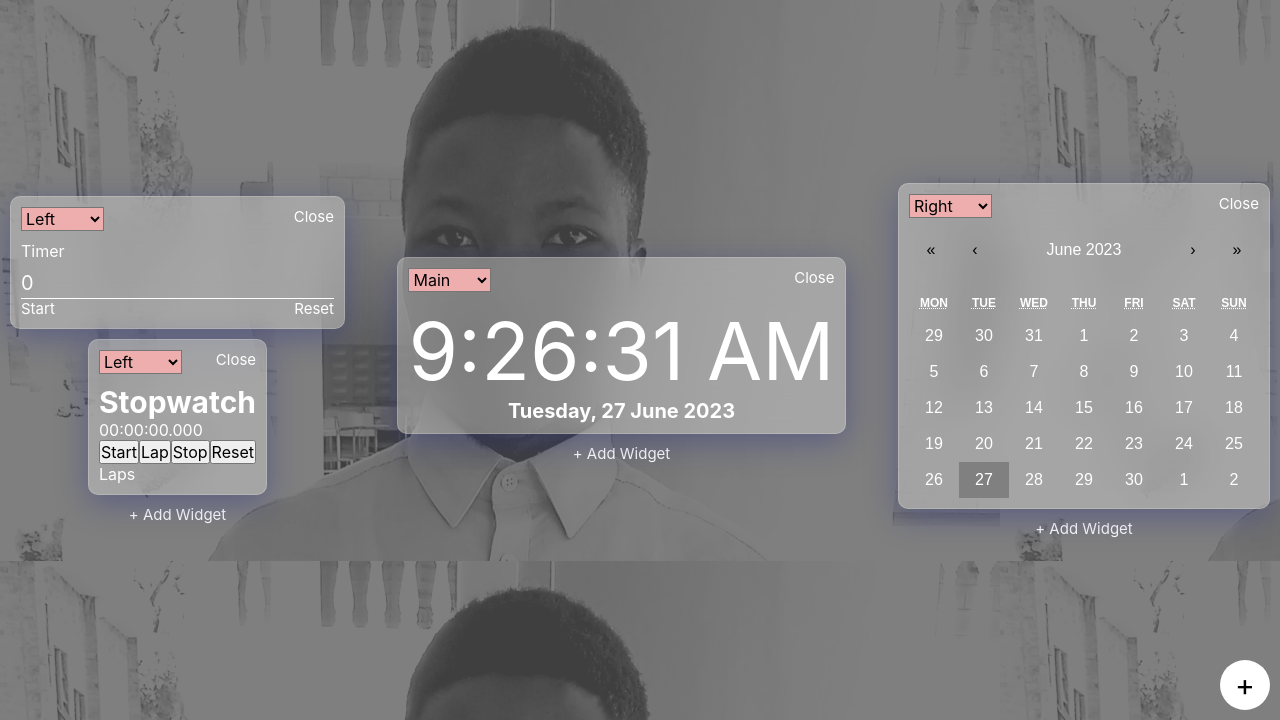
Repository: Angera-Silas/Planner-app
Page: /
These files come from the project's save history. The page is drawn as it stood at one moment and after the next save; the edit follows.
The browser window is 1280 px wide. The pictures show the whole page.
The project was rebuilt for these pictures with package versions that can differ from the ones it lists, and the page was loaded fresh each time. Also part of the build but not shown: src/widgets/ReminderListWidget.js, src/modals/WidgetGalleryModal.js.

Above is the page before, as saved 2023-06-27 17:49:56.

### src/index.css
body {
  margin: 0;
  font-family: -apple-system, BlinkMacSystemFont, 'Segoe UI', 'Roboto', 'Oxygen',
    'Ubuntu', 'Cantarell', 'Fira Sans', 'Droid Sans', 'Helvetica Neue',
    sans-serif;
  -webkit-font-smoothing: antialiased;
  -moz-osx-font-smoothing: grayscale;
}

code {
  font-family: source-code-pro, Menlo, Monaco, Consolas, 'Courier New',
    monospace;
}
*,
*::before,
*::after {
 box-sizing: border-box;
}

img,
svg,
video,
canvas,
audio,
iframe,
embed,
object {
 display: block;
 max-width: 100%;
}

input,
button,
textarea,
select {
 font: inherit;
 color: black;
}

* {
 margin: 0;
 padding: 0;
 box-sizing: border-box;
 font: inherit;
 color: white;
}

/* width */
::-webkit-scrollbar {
 width: 10px;
}

/* Track */
::-webkit-scrollbar-track {
 background: #363636;
}

/* Handle */
::-webkit-scrollbar-thumb {
 background: #777;
}

/* Handle on hover */
::-webkit-scrollbar-thumb:hover {
 background: #1e1e1e;
}

### src/App.js
import React, { useState } from 'react';
import './App.css';
import ClockWidget from './widgets/ClockWidget';
import WidgetGalleryModal from './modals/WidgetGalleryModal';
import Draggable from 'react-draggable';
import TimerWidget from './widgets/TimerWidget';
import CalendarWidget from './widgets/CalendarWidget';
import MyCustomWidget from './widgets/MyCustomWidget';

function App() {
 const [widgets, setWidgets] = useState([
  { id: new Date().getTime(), component: <ClockWidget />, area: 'main-widget', name: "Date and Time" },
  { id: new Date().getTime() + 2, component: <CalendarWidget />, area: 'right-widget', name: "Calendar" },
  { id: new Date().getTime() + 1, component: <TimerWidget />, area: 'left-widget', name:"Timer" },
  { id: new Date().getTime(), component: <MyCustomWidget/>,area:'left-widget',name:"Stopwatch"},
 ])
 const [showWidgetModal, setShowWidgetModal] = useState(false)
 const [selectedWidgetArea, setSelectedWidgetArea] = useState('')

 const removeWidget = (index) => {
  try {
   setWidgets(widgets.filter(widget => widget.id !== index))
  } catch (error) {
   console.log(error)
  }
 }

 return (
  <>
   {showWidgetModal && <WidgetGalleryModal setShowWidgetModal={setShowWidgetModal} selectedWidgetArea={selectedWidgetArea} widgets={widgets} setWidgets={setWidgets} />}
   <div className="add-button"
    onClick={() => {
     console.log('add button clicked')
     setShowWidgetModal(true)
     setSelectedWidgetArea('none-widget')
    }}
   >
    <p
     className='add-widget-button'
     style={{ background: "none", border: "none", color: "black", fontSize: "30px", cursor: "pointer", backgroundColor: "white", borderRadius: "50%", width: "50px", display: "flex", justifyContent: "center", alignItems: "center", height: "50px", position: "fixed", bottom: "10px", right: "10px" }}
    >+</p>
   </div>
   <div className='none-widget' >
    {widgets.length > 0 && widgets.map((widget, index) => {
     if (widget.area === 'none-widget') {
      return (
       <Draggable>
            <div style={{ padding: 10,}} className='widget-container' >
             <div style={{ marginBottom: 10 }}>
              <select value={widget.area}
               onChange={(e) => {
                let widgetList = [...widgets]
                widgetList[index].area = e.target.value
                setWidgets(widgetList)
               }}
              >
               <option value="none-widget">Floating</option>
               <option value="left-widget">Left</option>
               <option value="main-widget">Main</option>
               <option value="right-widget">Right</option>
              </select>
              <button
               onClick={() => {
                removeWidget(widget.id)
               }}
               style={{ background: "none", border: "none", color: "white", fontSize: "15px", cursor: "pointer", float: "right" }}
              >Close</button>
             </div>
             {widget.component}
            </div>
       </Draggable>
      )
     }
    })}
   </div>
   <div className="App">
    <div className="container">
     <div className='left-widget'>
      {widgets.length > 0 && widgets.map((widget, index) => {
       if (widget.area === 'left-widget') {
        return (
         <div style={{ padding: 10,}} className='widget-container'>
          <div style={{ marginBottom: 10 }}>
           <select value={widget.area}
            onChange={(e) => {
             let widgetList = [...widgets]
             widgetList[index].area = e.target.value
             setWidgets(widgetList)
            }}
           >
            <option value="none-widget">Floating</option>
            <option value="left-widget">Left</option>
            <option value="main-widget">Main</option>
            <option value="right-widget">Right</option>
           </select>
           <button
            onClick={() => {
             removeWidget(widget.id)
            }}
            style={{ background: "none", border: "none", color: "white", fontSize: "15px", cursor: "pointer", float: "right" }}
           >Close</button>
          </div>
          {widget.component}
         </div>
        )
       }
      })}
      {widgets.filter(widget => widget.area === 'left-widget').length < 3 && widgets.filter(widget => widget.area === 'left-widget').length > 0 &&
       <button
        className='add-widget-button'
        onClick={() => {
         setShowWidgetModal(true)
         setSelectedWidgetArea('left-widget')
        }}>+ Add Widget</button>
      }
     </div>
     <div className='main-widget'>
      {widgets.length > 0 && widgets.map((widget, index) => {
       if (widget.area === 'main-widget') {
        return (
         <div style={{ padding: 10,}} className='widget-container' >
          <div style={{ marginBottom: 10 }}>
           <select value={widget.area}
            onChange={(e) => {
             let widgetList = [...widgets]
             widgetList[index].area = e.target.value
             setWidgets(widgetList)
            }}
           >
            <option value="none-widget">Floating</option>
            <option value="left-widget">Left</option>
            <option value="main-widget">Main</option>
            <option value="right-widget">Right</option>
           </select>
           <button
            onClick={() => {
             removeWidget(widget.id)
            }}
            style={{ background: "none", border: "none", color: "white", fontSize: "15px", cursor: "pointer", float: "right" }}
           >Close</button>
          </div>
          {widget.component}
         </div>
        )
       }
      })}
      {widgets.filter(widget => widget.area === 'main-widget').length < 2 &&
       <button
        className='add-widget-button'
        onClick={() => {
         setShowWidgetModal(true)
         setSelectedWidgetArea('main-widget')
        }}>+ Add Widget</button>
      }
     </div>
     <div className='right-widget'>
      {widgets.length > 0 && widgets.map((widget, index) => {
       if (widget.area === 'right-widget') {
        return (
         <div style={{ padding: 10,}} className='widget-container'>
          <div style={{ marginBottom: 10 }}>
           <select value={widget.area}
            onChange={(e) => {
             let widgetList = [...widgets]
             widgetList[index].area = e.target.value
             setWidgets(widgetList)
            }}
           >
            <option value="none-widget">Floating</option>
            <option value="left-widget">Left</option>
            <option value="main-widget">Main</option>
            <option value="right-widget">Right</option>
           </select>
           <button
            onClick={() => {
             removeWidget(widget.id)
            }}
            style={{ background: "none", border: "none", color: "white", fontSize: "15px", cursor: "pointer", float: "right" }}
           >Close</button>
          </div>
          {widget.component}
         </div>
        )
       }
      })}
      {widgets.filter(widget => widget.area === 'right-widget').length < 3 && widgets.filter(widget => widget.area === 'right-widget').length > 0 &&
       <button
        className='add-widget-button'
        onClick={() => {
         setShowWidgetModal(true)
         setSelectedWidgetArea('right-widget')
        }}>+ Add Widget</button>
      }
     </div>
    </div>
   </div>
  </>
 )
}

export default App;

### src/App.css
.App {
  background: url("background.jpg");
  height: 100vh;
  display: flex;
  justify-content: flex-start;
  align-items: center;

}

.container {
  display: flex;
  flex-direction: row;
  align-items: flex-start;
  justify-content: space-between;
  gap: 10px;
  width: 100vw;
  padding: 10px;
  max-height: 100vh;
  height: 100%;

}

.item {
  background-color: rgba(255, 255, 255, 0.8);
  border: 1px solid rgba(0, 0, 0);
  padding: 20px;
  font-size: 30px;
  text-align: center;
}

.time {
  font-size: 80px;
  color: white;
  text-align: center;
}

.date {
  font-size: 20px;
  color: white;
  text-align: center;
  font-weight: bold;
}

.add-widget-button {
  background-color: transparent;
  color: white;
  border: none;
  font-size: 15px;
  text-align: center;
  cursor: pointer;
}

.add-widget-button:hover {
  color: #1e1e1e;
}

.right-widget,
.left-widget,
.main-widget {
  display: flex;
  justify-content: center;
  align-items: center;
  flex-direction: column;
  gap: 10px;
  height: 100%;
  max-width: 500px;
}

.none-widget {
  position: fixed;
  /* height: 100vh;
  width: 100vw; */
  top: 0px;
  left: 0px;
}

select {
 background-color: #efaeae;
}

/* Modal */
.modal {
  position: fixed;
  z-index: 1;
  padding-top: 100px;
  left: 0;
  top: 0;
  width: 100vw;
  height: 100vh;
  overflow: auto;
  background-color: rgb(0, 0, 0, 0.4);
}

.modal-content {
  background-color: #183A37;
  margin: auto;
  padding: 20px;
  width: 50%;
  max-height: 50vh;
  overflow: scroll;
}

.modal-header {
  display: flex;
  justify-content: space-between;
  align-items: flex-start;
}

.modal-header h2 {
  color: white;
  font-weight: bold;
  font-size: 25px;
}

.row {
  display: flex;
  justify-content: space-between;
  align-items: center;
  gap: 10px;
}

.widget-gallery-item {
  color: black;
  border: 1px solid white;
  padding: 10px;
  margin-bottom: 10px;
}

.text-input {
  outline: none;
  border: none;
  border-bottom: 1px solid white;
  width: 100%;
  background-color: transparent;
  color: white;
  font-size: 20px;
  margin-top: 10px;
  padding-bottom: 3px;
}

.widget-container {
  background: rgba(255, 255, 255, 0.3);
  box-shadow: 0 8px 32px 0 rgba(31, 38, 135, 0.37);
  backdrop-filter: blur(20px);
  -webkit-backdrop-filter: blur(20px);
  border-radius: 10px;
  border: 1px solid rgba(255, 255, 255, 0.18);

}

.widget-gallery-item-name{
  font-size: 20px;
  font-weight: bold;
  margin-bottom: 10px;
}
.stopwatch {
 width: 100%;
 font-size: ;
}

### src/widgets/ClockWidget.js
import React, { useEffect, useState } from 'react'

export default function ClockWidget() {
  const [time, setTime] = useState(new Date().toLocaleTimeString())
  const [date, setDate] = useState(new Date())
  useEffect(() => {
    const interval = setInterval(() => {
      setTime(new Date().toLocaleTimeString())
      setDate(new Date())
    }, 1000)
    return () => clearInterval(interval)
  }, [])

  const tidyDate = (date) => {
    const dateArray = date
    const day = dateArray.getDay()
    const dateNumber = dateArray.getDate()
    const month = dateArray.getMonth() + 1
    const year = dateArray.getFullYear()

    const days = ['Sunday', 'Monday', 'Tuesday', 'Wednesday', 'Thursday', 'Friday', 'Saturday']
    const months = ['January', 'February', 'March', 'April', 'May', 'June', 'July', 'August', 'September', 'October', 'November', 'December']

    return `${days[day]}, ${dateNumber} ${months[month - 1]} ${year}`

  }

  return (
    <div>
      <p className='time'>{time}</p>
      <p className='date'>{tidyDate(date)}</p>
    </div>
  )
}

### src/widgets/TimerWidget.js
import React, { useEffect, useState } from 'react'

export default function TimerWidget() {
  const [timerListData, setTimerListData] = useState({
    time: 0,
    isRunning: false,
  })

  const tidyTime = (time) => {
    let hours = Math.floor(time / 3600)
    let minutes = Math.floor((time - (hours * 3600)) / 60)
    let seconds = time - (hours * 3600) - (minutes * 60)

    if (hours < 10) { hours = "0" + hours }
    if (minutes < 10) { minutes = "0" + minutes }
    if (seconds < 10) { seconds = "0" + seconds }

    return hours + ':' + minutes + ':' + seconds
  }

  useEffect(() => {
    // timer logic
    let interval = null
    if (timerListData.isRunning && timerListData.time > 0) {
      interval = setInterval(() => {
        setTimerListData({
          ...timerListData,
          time: parseInt(timerListData.time) - 1,
        })
      }, 1000)
    } else if (!timerListData.isRunning && timerListData.time !== 0) {
      setTimerListData({
        ...timerListData,
        isRunning: false,
      })
      clearInterval(interval)
    } else if (timerListData.isRunning && timerListData.time === 0) {
      setTimerListData({
        ...timerListData,
        isRunning: false,
      })
      clearInterval(interval)
      alert('Timer is up!')
    }

      return () => clearInterval(interval)
  }, [timerListData.isRunning, timerListData.time])

  return (
    <div style={{ minWidth: 300 }}>
      <div style={{ display: "flex", justifyContent: "space-between", alignItems: "row" }}>
        <p>Timer</p>
      </div>
      <div className='timer-container'>
        <div className='timer-display'>
          {timerListData.isRunning ?
            <p style={{ textAlign: "center", fontWeight: "bold", fontSize: 20 }}>{tidyTime(timerListData.time)}</p>
            :
            <input type="text" className='text-input' value={timerListData.time} onChange={(e) => {
              setTimerListData({
                ...timerListData,
                time: e.target.value,
              })
            }} />
          }
        </div>
        <div className='timer-controls' style={{ display: "flex", justifyContent: "space-between", alignItems: "center", }}>
          <button
            style={{
              background: "none",
              border: "none",
              color: "white",
              fontSize: "15px",
              cursor: "pointer",
            }}
            onClick={() => {
              setTimerListData({
                ...timerListData,
                isRunning: !timerListData.isRunning,
              })
            }}
          >{timerListData.isRunning ? 'Stop' : 'Start'}</button>
          <button
            style={{
              background: "none",
              border: "none",
              color: "white",
              fontSize: "15px",
              cursor: "pointer",
            }}
            onClick={() => {
              setTimerListData({
                ...timerListData,
                time: 0,
              })
            }}
          >Reset</button>
        </div>
      </div>
    </div>
  )
}

### src/widgets/MyCustomWidget.js
import React, { useEffect, useState } from 'react';
import { BsStopwatch } from 'react-icons/bs'

export default function MyCustomWidget() {
   const [stopwatchData, setStopwatchData] = useState([
  { id: 0, name: "Timer 1", time: 0, isRunning: false, lap: [], time_started: 0, pause: [] },
 ])
 const [selectedRow, setSelectedRow] = useState(0)

 useEffect(() => {
  const interval = setInterval(() => {
   setStopwatchData(stopwatchData.map((stopwatch) => {
    if (stopwatch.isRunning) {
     return { ...stopwatch, time: new Date() - stopwatch.time_started - stopwatch.pause.reduce((a, b) => a + b, 0) }
    }
    return stopwatch
   }))
  }, 10)
  return () => clearInterval(interval)
 }, [stopwatchData])
 const handleStart = (id) => {
  setStopwatchData(stopwatchData.map((stopwatch) => {
   if (stopwatch.id === id) {
    return { ...stopwatch, isRunning: true, time_started: new Date() - stopwatch.time - stopwatch.pause.reduce((a, b) => a + b, 0) }
   }
   return stopwatch
  }))
 }

 const handleStop = (id) => {
  setStopwatchData(stopwatchData.map((stopwatch) => {
   if (stopwatch.id === id) {
    return { ...stopwatch, isRunning: false, pause: [...stopwatch.pause, new Date() - stopwatch.time_started - stopwatch.pause.reduce((a, b) => a + b, 0)] }
   }
   return stopwatch
  }))
 }

 const handleReset = (id) => {
  setStopwatchData(stopwatchData.map((stopwatch) => {
   if (stopwatch.id === id) {
    return { ...stopwatch, time: 0, isRunning: false, lap: [] }
   }
   return stopwatch
  }))
 }

 const handleLap = (id) => {
  setStopwatchData(stopwatchData.map((stopwatch) => {
   if (stopwatch.id === id) {
    return { ...stopwatch, lap: [...stopwatch.lap, stopwatch.time] }
   }
   return stopwatch
  }))
 }
  return (
    <div className='stopwatch'>
      <div style={{ display: "flex", alignItems: "center", flexDirection: "row", justifyContent: "space-between", width: "100%" }}>
      <div style={{ textAlign: "left" }}>
       <h1 style={{ fontWeight: "bold", fontSize: 30 }}>Stopwatch</h1>
      </div>
     </div>

     <p className='main-time-label'>{stopwatchData[selectedRow]?.time > 0 ? new Date(stopwatchData[selectedRow]?.time).toISOString().slice(11, -1) : "00:00:00.000"}</p>
     <div className="main-button-controls">
      <button className={"control-buttons"} onClick={() => handleStart(stopwatchData[selectedRow].id)}>Start</button>
      <button className={"control-buttons"} onClick={() => handleLap(stopwatchData[selectedRow].id)}>Lap</button>
      <button className={"control-buttons"} onClick={() => handleStop(stopwatchData[selectedRow].id)}>Stop</button>
      <button className={"control-buttons"} onClick={() => handleReset(stopwatchData[selectedRow].id)}>Reset</button>
     </div>
     <p className='lap-label'>Laps</p>
     <div className='lap-container'>
      {stopwatchData[selectedRow]?.lap.length > 0 && stopwatchData[selectedRow]?.lap.map((lap, index) => (
       <div style={{ display: "flex", justifyContent: "space-between", width: "500px" }}>
        <p>Lap {index + 1}</p>
        <p className='lap-time-label' key={index}>{new Date(lap).toISOString().slice(11, -1)}</p>
       </div>
      ))}
     </div>
    </div>
  )
}

### src/styles/styles.css
.react-calendar {
  width: 350px;
  max-width: 100%;
  background: transparent;
  font-family: Arial, Helvetica, sans-serif;
  line-height: 1.125em;
}

.react-calendar--doubleView {
  width: 700px;
}

.react-calendar--doubleView .react-calendar__viewContainer {
  display: flex;
  margin: -0.5em;
}

.react-calendar--doubleView .react-calendar__viewContainer > * {
  width: 50%;
  margin: 0.5em;
}

.react-calendar,
.react-calendar *,
.react-calendar *:before,
.react-calendar *:after {
  -moz-box-sizing: border-box;
  -webkit-box-sizing: border-box;
  box-sizing: border-box;
}

.react-calendar button {
  margin: 0;
  border: 0;
  outline: none;
}

.react-calendar button:enabled:hover {
  cursor: pointer;
}

.react-calendar__navigation {
  display: flex;
  height: 44px;
  margin-bottom: 1em;
}

.react-calendar__navigation button {
  min-width: 44px;
  background: none;
}

.react-calendar__navigation button:disabled {
  background-color: #f0f0f0;
}

.react-calendar__navigation button:enabled:hover,
.react-calendar__navigation button:enabled:focus {
  background-color: #e6e6e6;
}

.react-calendar__month-view__weekdays {
  text-align: center;
  text-transform: uppercase;
  font-weight: bold;
  font-size: 0.75em;
}

.react-calendar__month-view__weekdays__weekday {
  padding: 0.5em;
}

.react-calendar__month-view__weekNumbers .react-calendar__tile {
  display: flex;
  align-items: center;
  justify-content: center;
  font-size: 0.75em;
  font-weight: bold;
}

.react-calendar__month-view__days__day--weekend {
  color: #d10000;
}

.react-calendar__month-view__days__day--neighboringMonth {
  color: #757575;
}

.react-calendar__year-view .react-calendar__tile,
.react-calendar__decade-view .react-calendar__tile,
.react-calendar__century-view .react-calendar__tile {
  padding: 2em 0.5em;
}

.react-calendar__tile {
  max-width: 100%;
  padding: 10px 6.6667px;
  background: none;
  text-align: center;
  line-height: 16px;
}

.react-calendar__tile:disabled {
  background-color: #f0f0f0;
}

.react-calendar__tile:enabled:hover,
.react-calendar__tile:enabled:focus {
  background-color: #e6e6e6;
}

.react-calendar__tile--now {
  background: gray;
}

.react-calendar__tile--now:enabled:hover,
.react-calendar__tile--now:enabled:focus {
  background: gray;
}

.react-calendar__tile--hasActive {
  background: #76baff;
}

.react-calendar__tile--hasActive:enabled:hover,
.react-calendar__tile--hasActive:enabled:focus {
  background: #a9d4ff;
}

.react-calendar__tile--active {
  background: #006edc;
  color: white;
}

.react-calendar__tile--active:enabled:hover,
.react-calendar__tile--active:enabled:focus {
  background: #1087ff;
}

.react-calendar--selectRange .react-calendar__tile--hover {
  background-color: #e6e6e6;
}

Loaded but not shown: public/index.html (common file); src/index.js (common file); src/reportWebVitals.js (common file); src/widgets/CalendarWidget.js (common file)

After the next save:
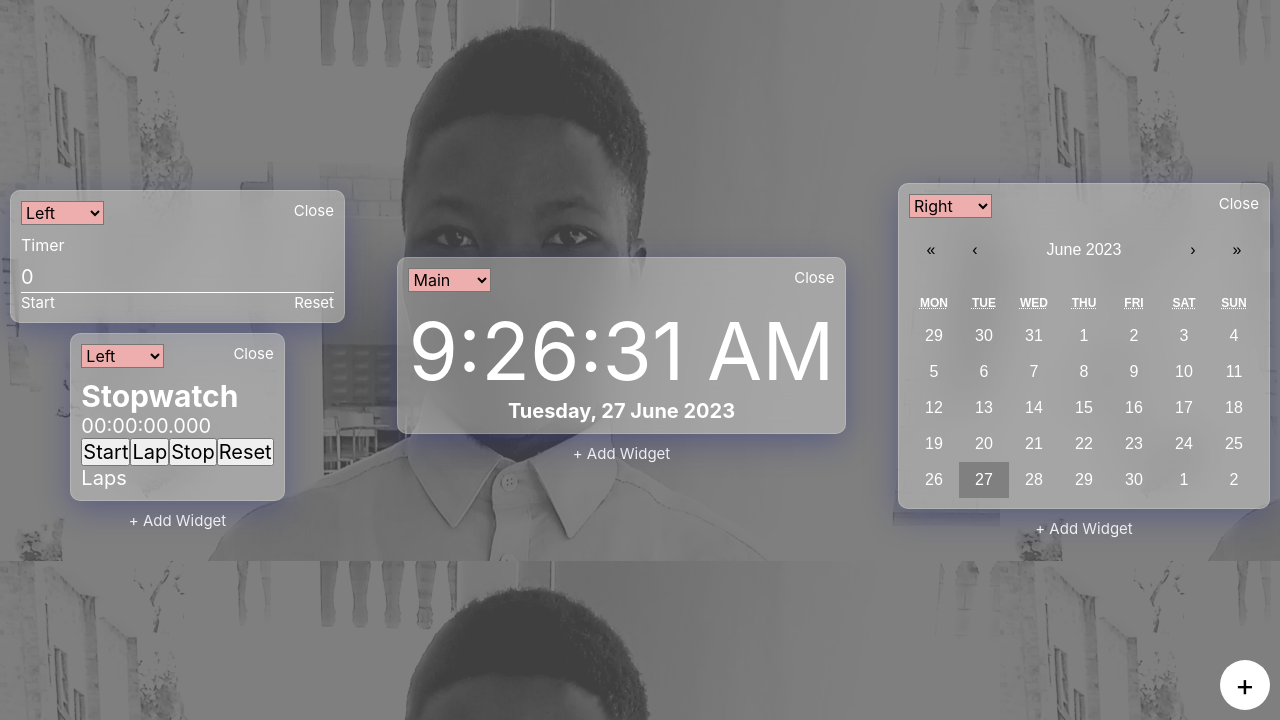
Saved 6 s later.
--- a/src/App.css
+++ b/src/App.css
@@ -155,5 +155,5 @@ select {
 }
 .stopwatch {
  width: 100%;
- font-size: ;
+ font-size: 20px;
 }
